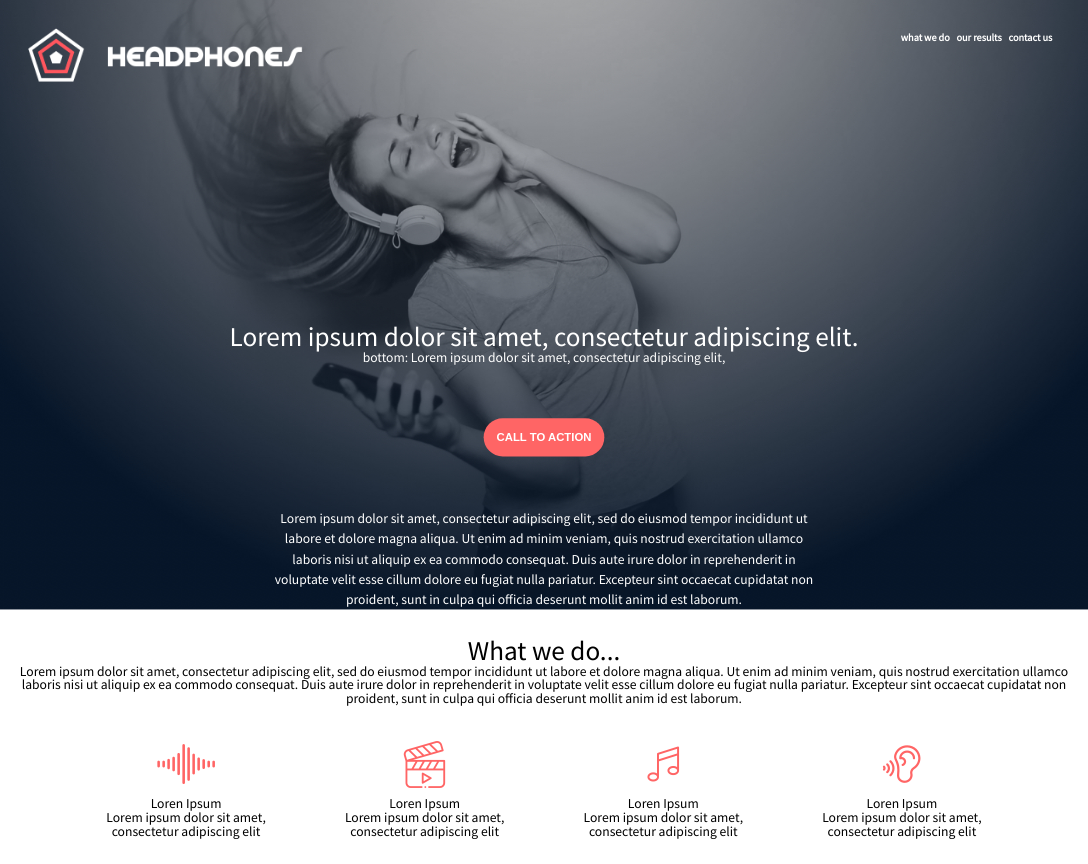
Repository: seleniadelgado/holbertonschool-web_front_end
Page: 0x09-implement_a_design_from_scratch/1-index.html
An editor plug-in stored every save of this project. The page is shown before and after the next save, followed by the edit.
The browser window is 1280 px wide. The pictures show the whole page, at 85% of full size.

Above is the page before, as saved 2020-03-20 13:13:23.

After the next save:
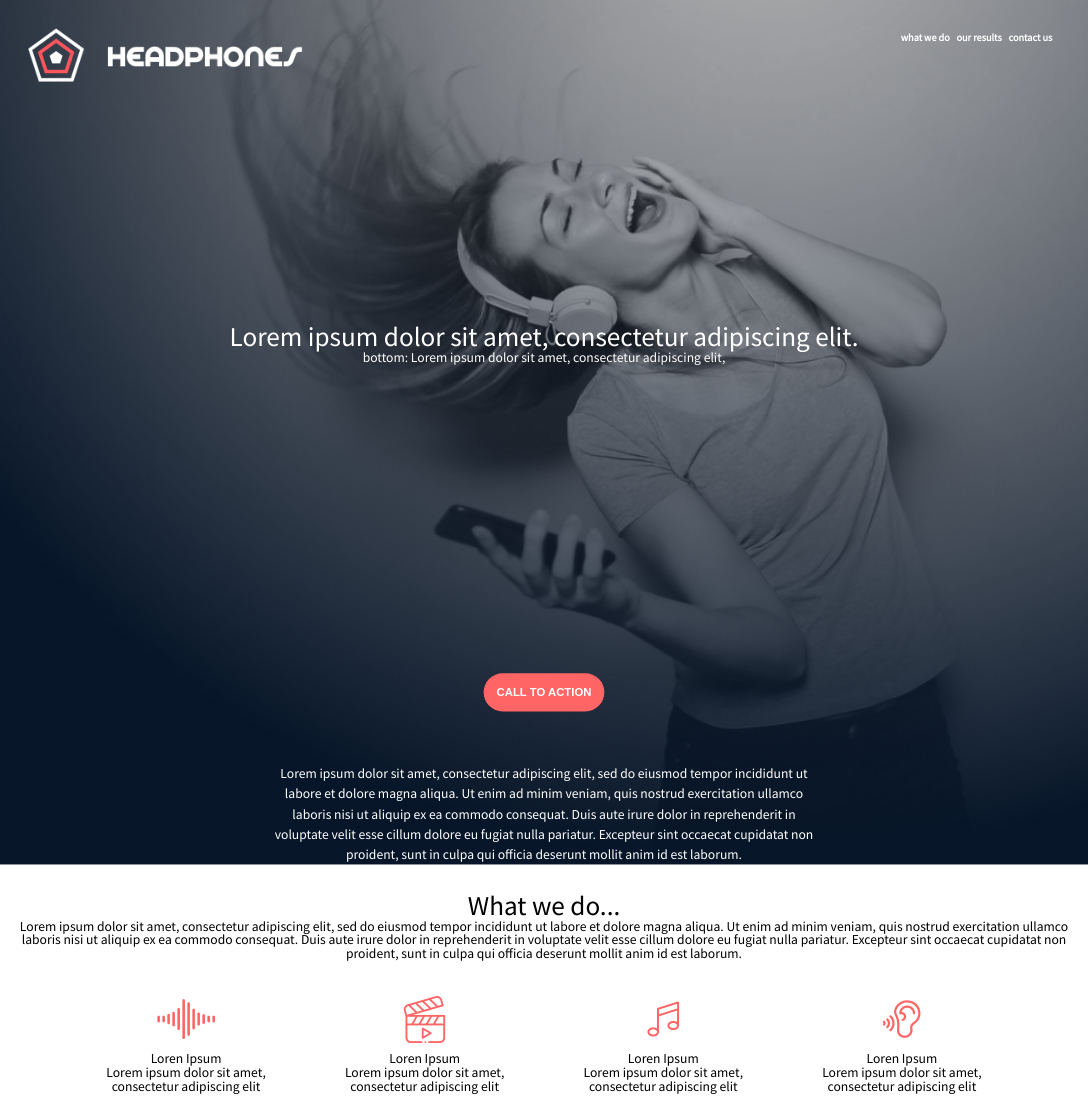
Saved 17 s later.
--- a/0x09-implement_a_design_from_scratch/1-styles.css
+++ b/0x09-implement_a_design_from_scratch/1-styles.css
@@ -214,7 +214,7 @@
 }
 .text p {
     font-size: var(--font-size-md);
-    margin-bottom: 20px;
+    margin-bottom: 20em;
 }
 /* menu btn ends */
 .content {
